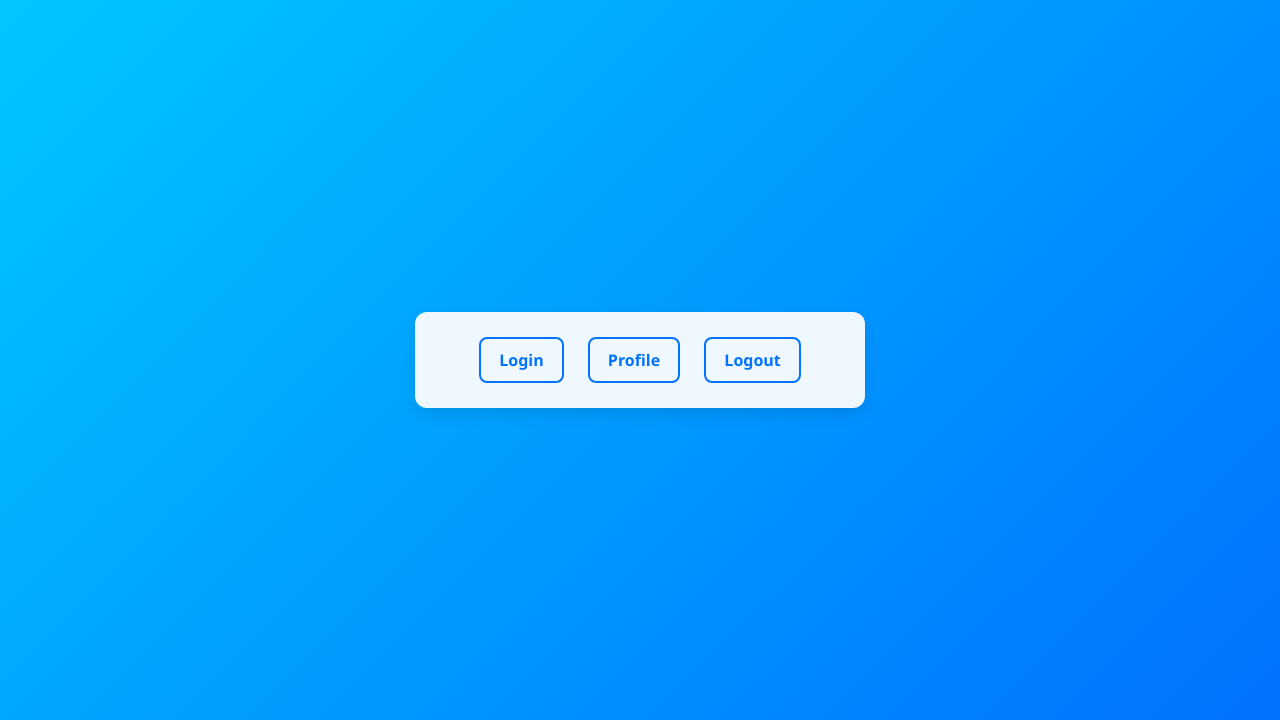
Repository: Mali-Sagar-A/Advance_Web_Java
Page: SessionLogin/src/main/webapp/link.html
The author's editor kept a copy of each file at every save. The page is drawn from the files as they stood at one save, then again after the next save.
The browser window is 1280 px wide. The pictures show the whole page.

Above is the page before, as saved 2025-05-16 19:06:10.

After the next save:
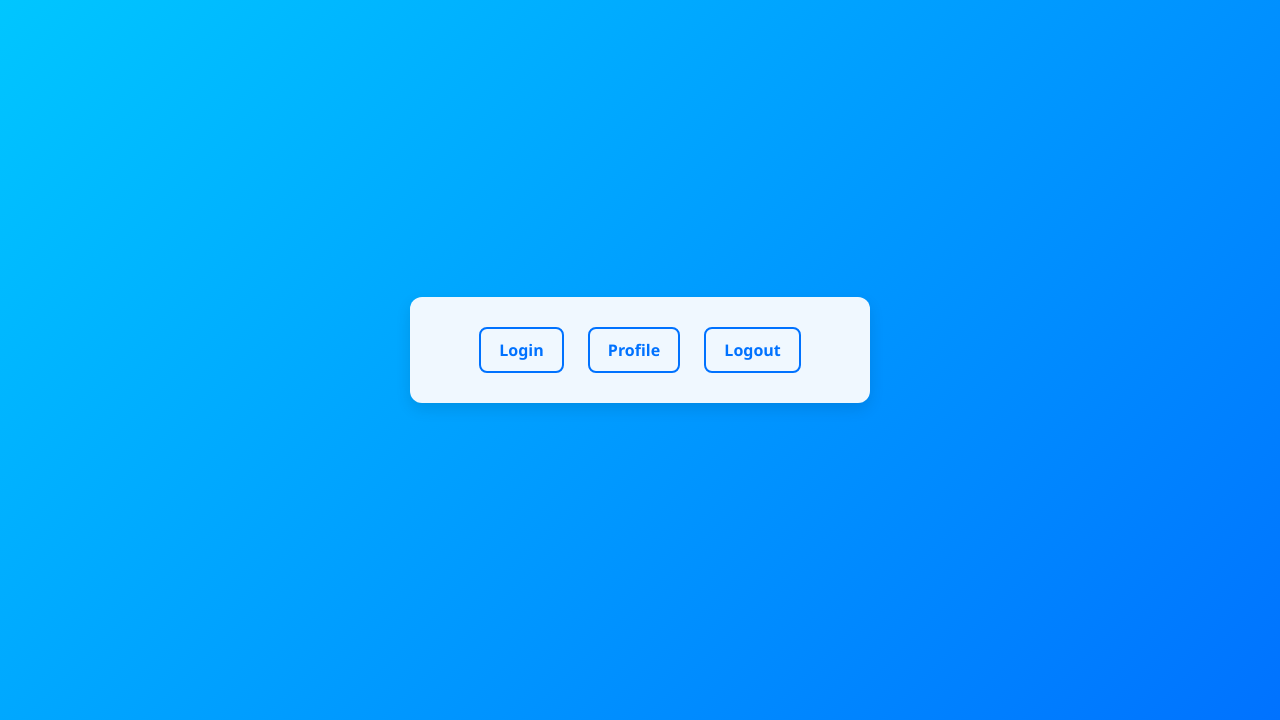
Saved 3 min 8 s later.
--- a/SessionLogin/src/main/webapp/link.html
+++ b/SessionLogin/src/main/webapp/link.html
@@ -40,12 +40,13 @@
 
     .nav-box {
       background-color: #f0f8ff;
-      padding: 25px;
+      padding: 30px;
       border-radius: 12px;
       box-shadow: 0 6px 15px rgba(0, 0, 0, 0.1);
       width: 80%;
       max-width: 400px;
       text-align: center;
+      margin-bottom: 20px;
     }
 
     .nav-links a {
